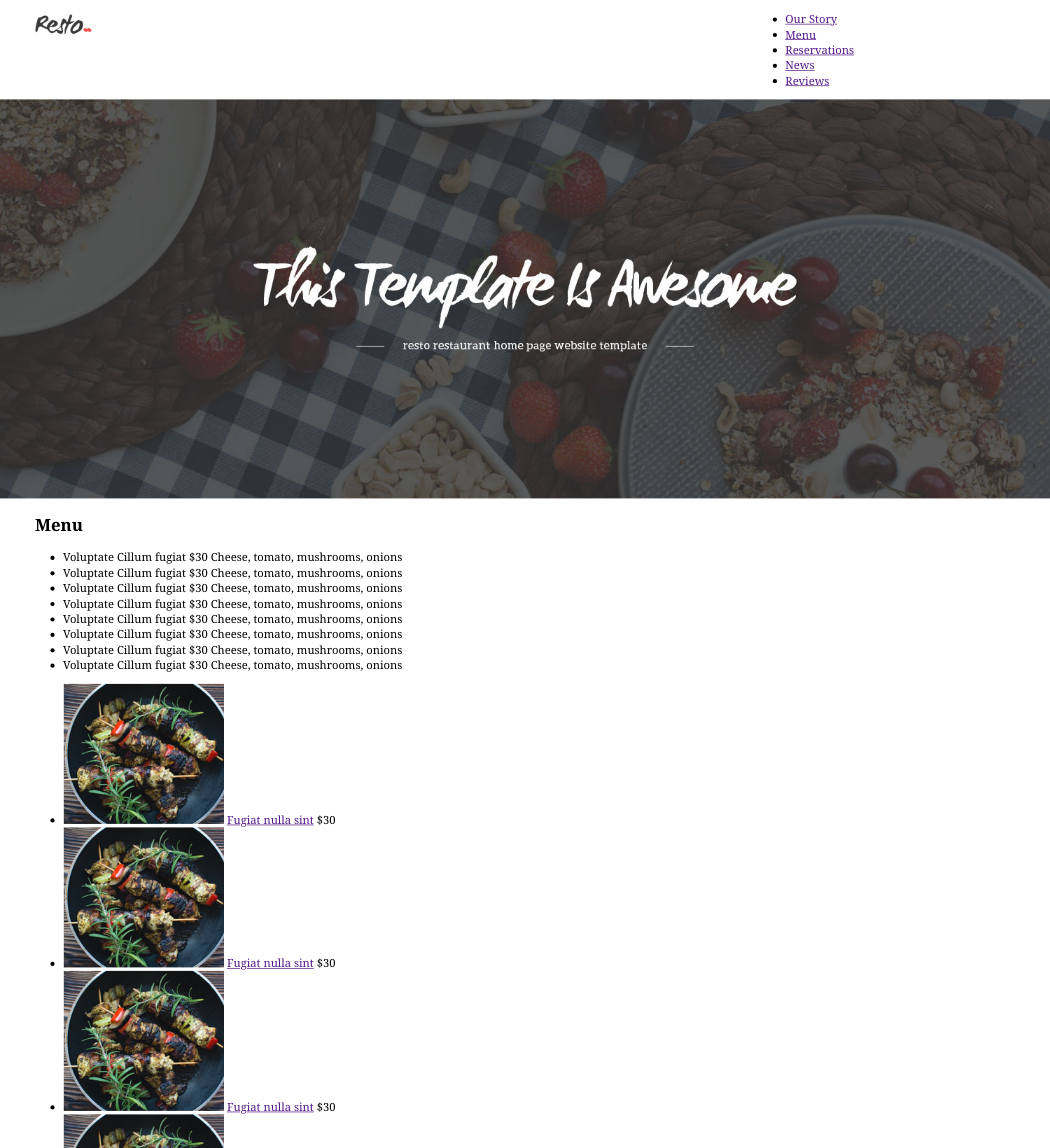
Repository: Piterwk1/psd-to-wordpress
Page: index.html
An editor plug-in stored every save of this project. The page is shown before and after the next save, followed by the edit.
The browser window is 1280 px wide. The page is 1500 px wide, so the pictures cover 1500 px, including what lies to the right of the window. The pictures show the part of the page from y = 0 to 1640 px (the page is 2196 px tall before and 2140 px after), at 70% of full size.

Above is the page before, as saved 2021-09-21 05:35:48.

After the next save:
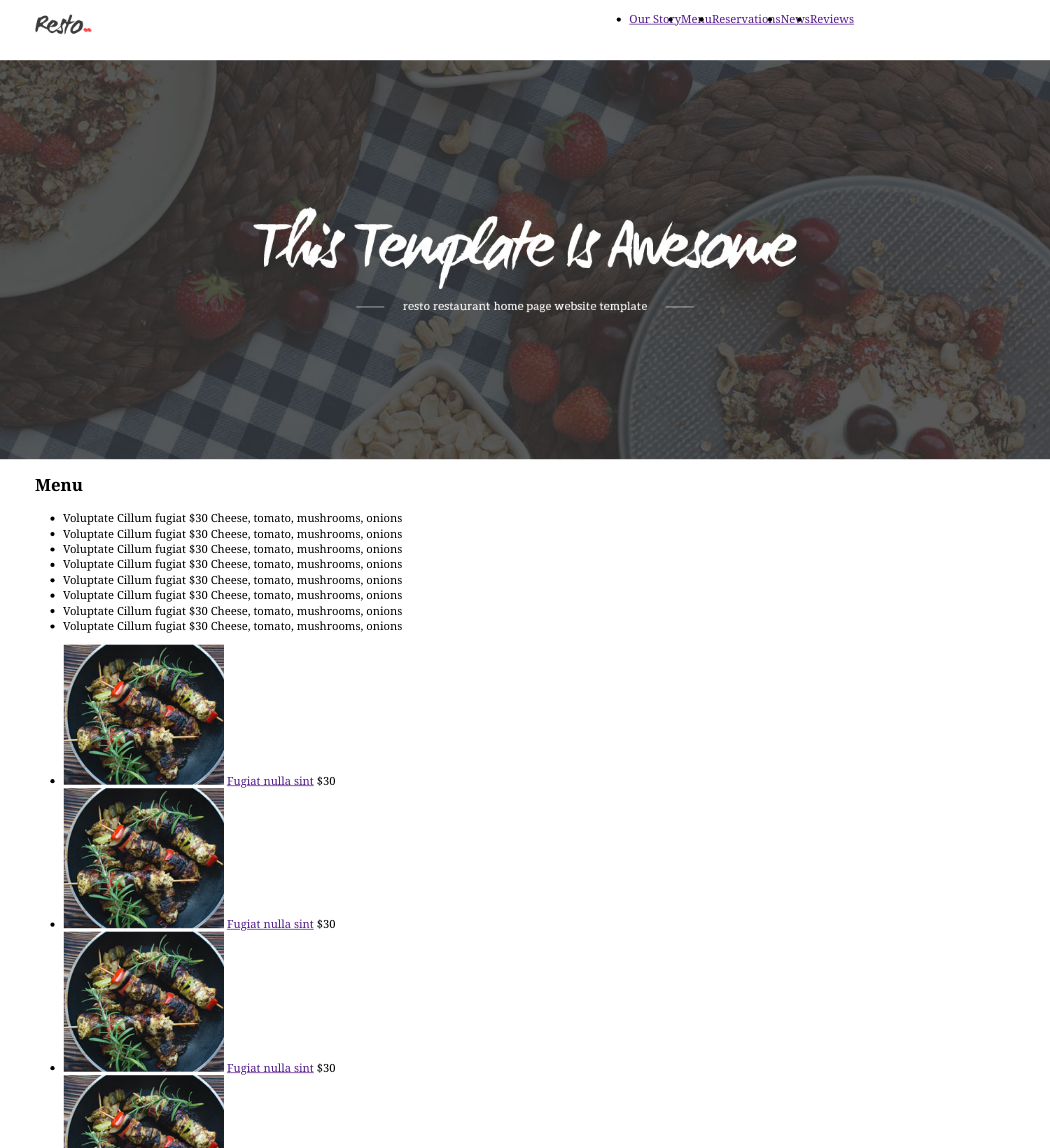
Saved 109 s later.
--- a/style.css
+++ b/style.css
@@ -34,3 +34,8 @@ nav {
     height: 0;
     margin: 0;
 }
+
+#headerWrapper nav ul {
+   display: flex;
+   justify-content: space-evenly;
+}
